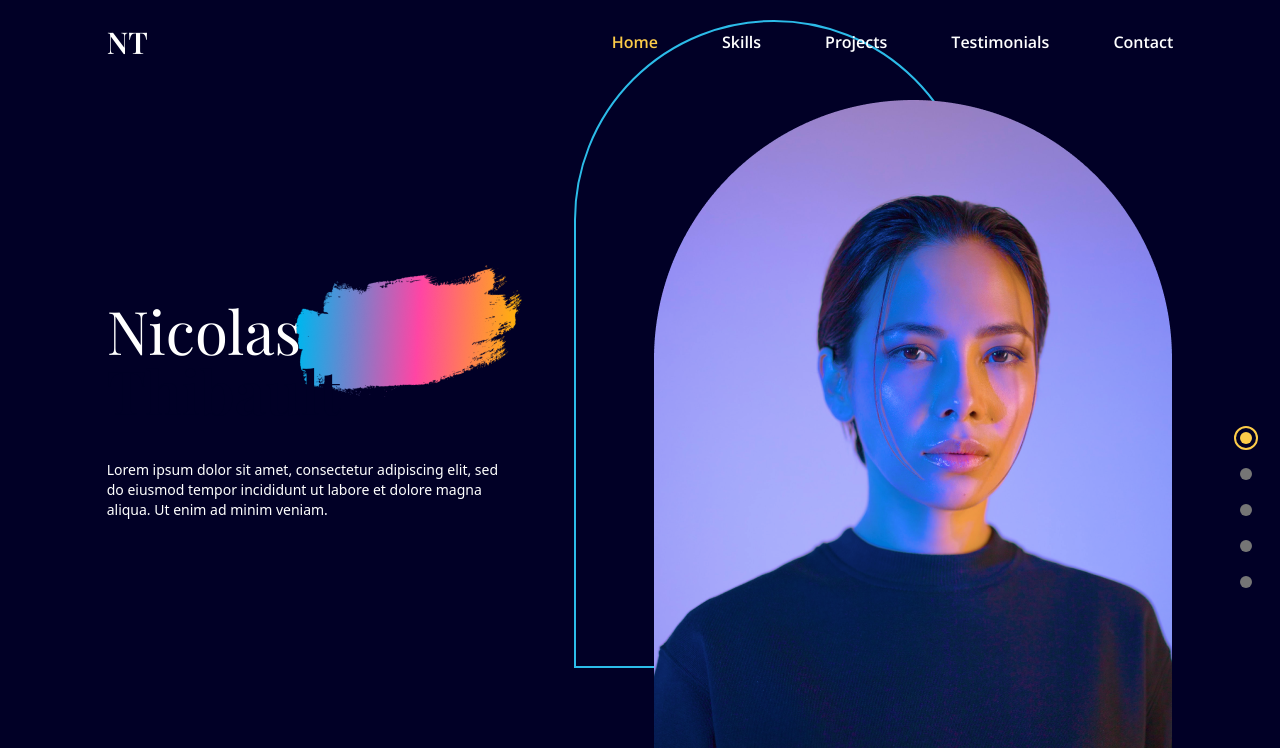
Repository: thibaultNicolas/portfolio-react
Page: /
The author's editor kept a copy of each file at every save. The page is drawn from the files as they stood at one save, then again after a run of saves.
The browser window is 1280 px wide. The pictures show the whole page.
The project was rebuilt for these pictures with package versions that can differ from the ones it lists, and the page was loaded fresh each time. Also part of the build but not shown: next.config.ts.

Above is the page before, as saved 2023-01-08 10:42:13.

After the next 4 saves:
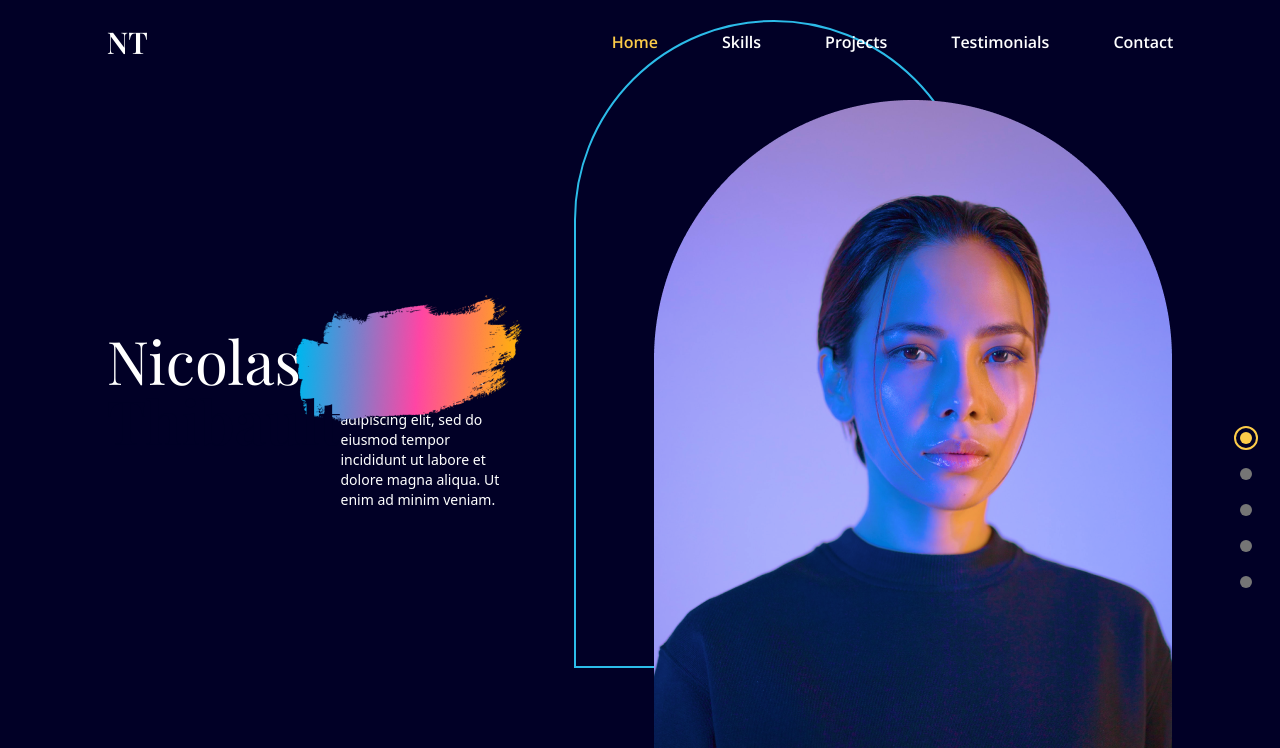
The 4 saves are shown as one change because they came seconds apart.
The last was saved 15 s later.
--- a/src/scenes/Landing.jsx
+++ b/src/scenes/Landing.jsx
@@ -32,7 +32,7 @@
                 <div className="z-30 basis-2/5 mt-12 md:mt-32">
                     {/* HEADING SECTION */}
                     <motion.div
-                    className=''
+                    className='flex mt-5 justify-center md:justify-start'
                         initial="hidden"
                         whileInView="visible"
                         viewport={{ once: true, amount: 0.5 }}

After the 2 saves that followed:
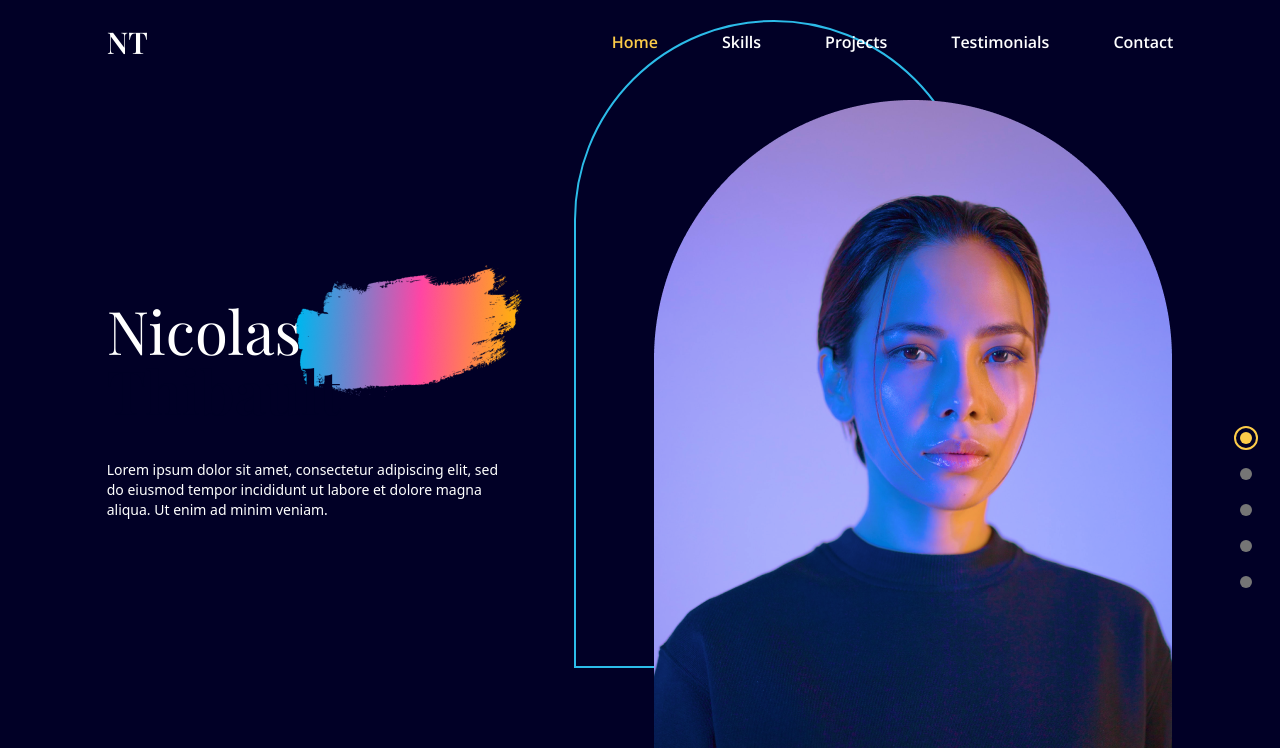
The 2 saves are shown as one change because they came seconds apart.
The last was saved 23 s later.
--- a/src/scenes/Landing.jsx
+++ b/src/scenes/Landing.jsx
@@ -32,7 +32,6 @@
                 <div className="z-30 basis-2/5 mt-12 md:mt-32">
                     {/* HEADING SECTION */}
                     <motion.div
-                    className='flex mt-5 justify-center md:justify-start'
                         initial="hidden"
                         whileInView="visible"
                         viewport={{ once: true, amount: 0.5 }}
